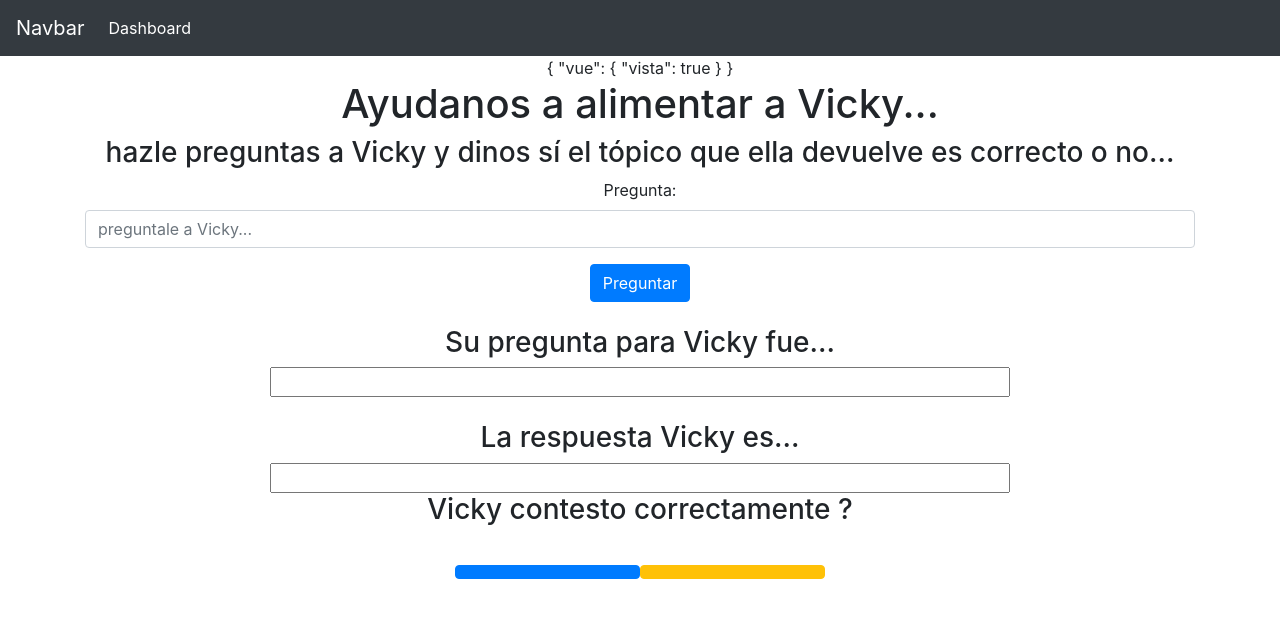
Repository: Crixtiancub/feedback_Vicky
Page: vicky/templates/dashboard.html
These files come from the project's save history. The page is drawn as it stood at one moment and after the next save; the edit follows.
The browser window is 1280 px wide. The pictures show the whole page.
The page is served by the project's application, run on Django 3.2 (manage.py). The template is opened directly, without the code that normally fills it, so the values that code supplies are empty.

Above is the page before, as saved 2021-05-12 14:12:13.

After the next save:
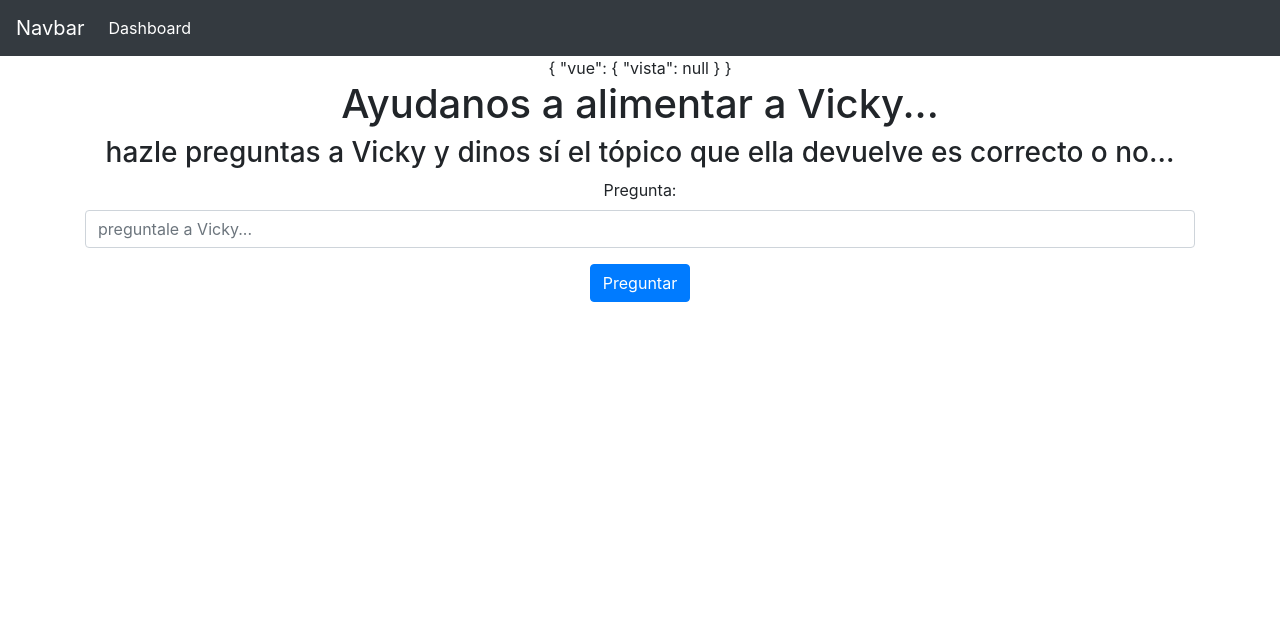
Saved 7 min 24 s later.
--- a/vicky/templates/dashboard.html
+++ b/vicky/templates/dashboard.html
@@ -13,7 +13,7 @@
         devuelve es correcto o no...</h3>
 
     <form id="preguntar_Vicky" action="{% url 'home' %}"
-    :submit.prevent="vue.vista = true" method="POST">
+    :submit.prevent="vue.vista = null" method="POST">
         {% csrf_token%}
 
         <div class="form-group">

After the save that followed:
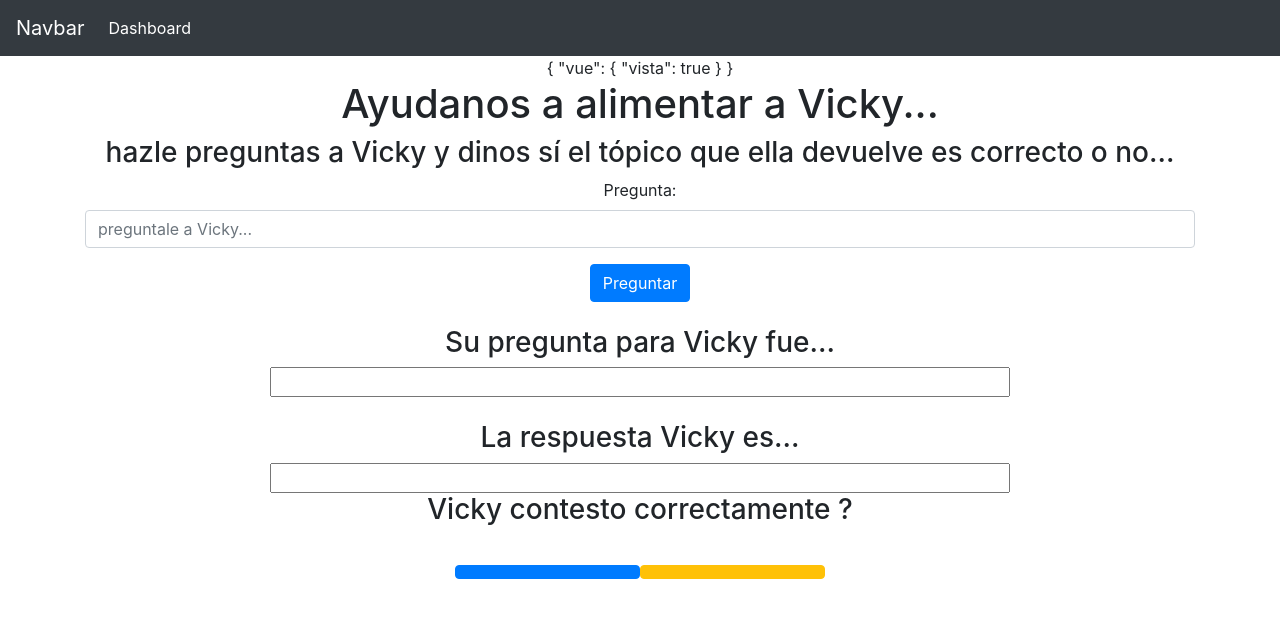
Saved 13 min 53 s later.
--- a/vicky/templates/dashboard.html
+++ b/vicky/templates/dashboard.html
@@ -13,7 +13,7 @@
         devuelve es correcto o no...</h3>
 
     <form id="preguntar_Vicky" action="{% url 'home' %}"
-    :submit.prevent="vue.vista = null" method="POST">
+    :submit.prevent="vue.vista = true" method="POST">
         {% csrf_token%}
 
         <div class="form-group">
@@ -74,6 +74,11 @@
                 vista: null
             }
         },
+        created: function() {
+            if (this.vista) {
+                vista = null
+            }
+        },
         methods:{
             // checkForm: function (e) {
 
